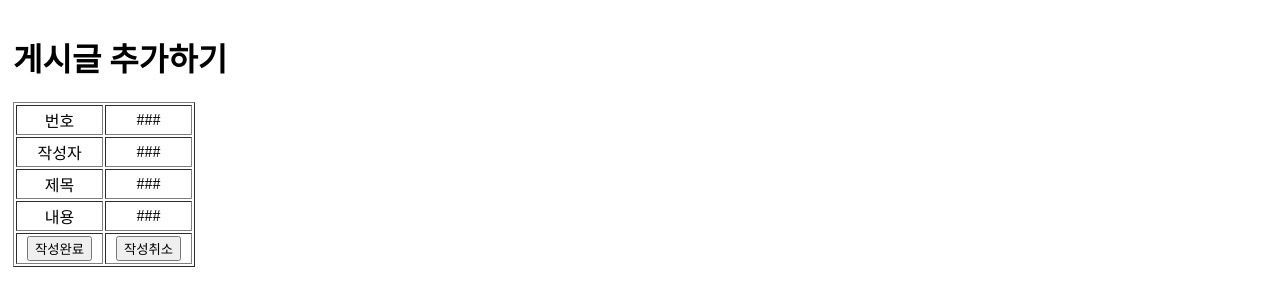
Repository: jjuhye/JSPWorkspace
Page: http://localhost/basic/00_board/_04_addBoard.jsp
An editor plug-in stored every save of this project. The page is shown before and after the next save, followed by the edit.
The browser window is 1280 px wide. The pictures show the whole page.
The page is served by Tomcat 9. Other server files are loaded and not shown.

Above is the page before, as saved 2023-02-24 05:34:54.

### basic/src/main/webapp/00_board/_04_addBoard.jsp
<%@ page language="java" contentType="text/html; charset=UTF-8"
    pageEncoding="UTF-8"%>
<!DOCTYPE html>
<html>
<head>
<meta charset="UTF-8">
<title>게시글 추가</title>
<link rel="stylesheet" href="./board.css">
</head>
<body>
<div>
	<h1> 게시글 추가하기 </h1>
	<form action="_04_addBoardPro.jsp" method="post">
	<table border="1">
		<tr><td>번호</td>
		<td>###</td></tr>
		<tr><td>작성자</td>
		<td>###</td></tr>
		<tr><td>제목</td>
		<td>###</td></tr>
		<tr><td>내용</td>
		<td>###</td></tr>
		<tr><td><input type="button" name="write" value="작성완료"></td>
	    	<td><button onclick="location.href='_00_main.jsp'">작성취소</button></td></tr>

	</table><br>
	</form>
	<!-- <a href="_00_main.jsp">뒤로가기</a> -->
</div>
</body>
</html>

### basic/src/main/webapp/00_board/board.css
@charset "UTF-8";



div{
	padding: 5px;
}

td{
	padding: 2px 10px;
	text-align:center;
}

After the next save:
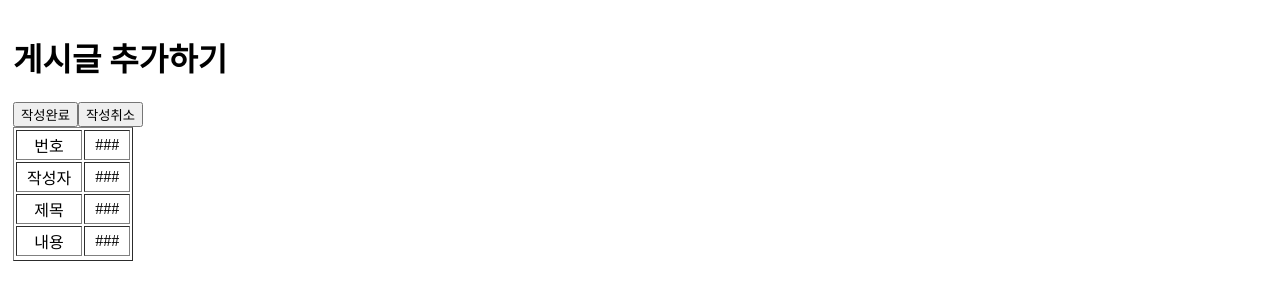
Saved 71 s later.
--- a/basic/src/main/webapp/00_board/_04_addBoard.jsp
+++ b/basic/src/main/webapp/00_board/_04_addBoard.jsp
@@ -20,8 +20,8 @@
 		<td>###</td></tr>
 		<tr><td>내용</td>
 		<td>###</td></tr>
-		<tr><td><input type="button" name="write" value="작성완료"></td>
-	    	<td><button onclick="location.href='_00_main.jsp'">작성취소</button></td></tr>
+		<tr colspan='2'><input type="button" name="write" value="작성완료">
+	    	<button onclick="location.href='_00_main.jsp'">작성취소</button></tr>
 
 	</table><br>
 	</form>
